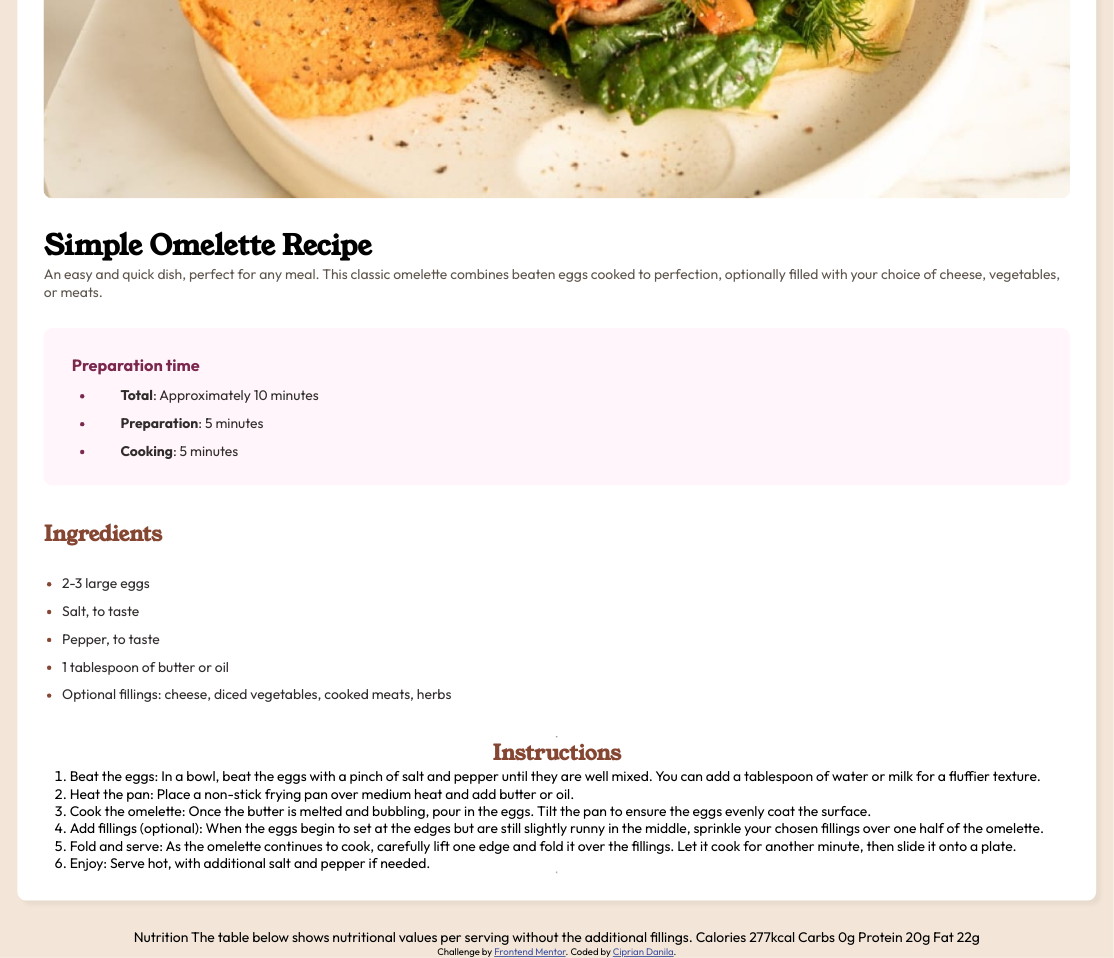
Repository: cipdanila/recipe-page
Page: index.html
The author's editor kept a copy of each file at every save. The page is drawn from the files as they stood at one save, then again after the next save.
The browser window is 1280 px wide. The pictures show the whole page, at 87% of full size.

Above is the page before, as saved 2024-01-21 17:19:42.

After the next save:
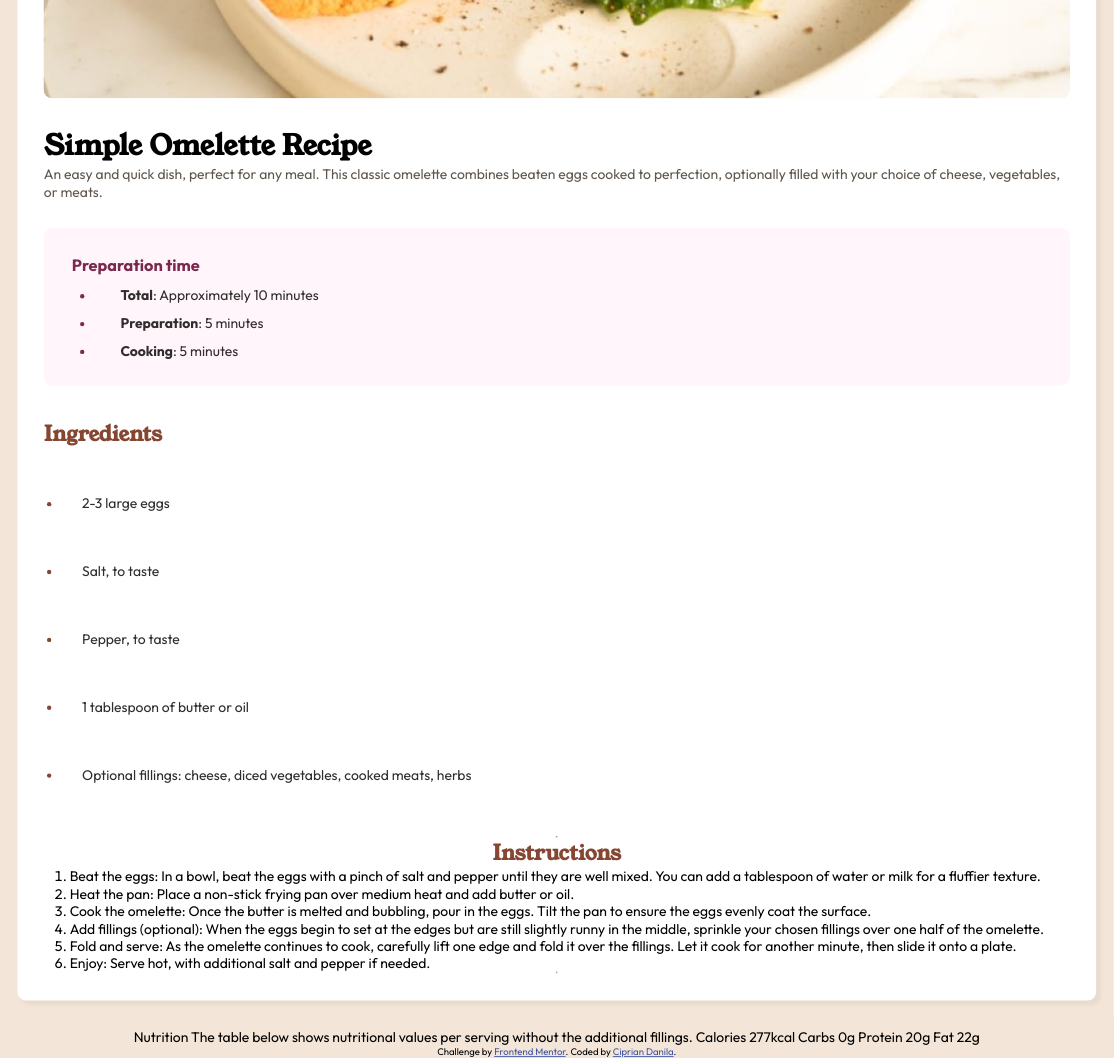
Saved 2 min 41 s later.
--- a/styles.css
+++ b/styles.css
@@ -131,6 +131,7 @@
 
 .ingredients-container ul li {
     color: var(--dark-charcoal);
+    padding: 23px;
 }
 
 .ingredients-container ul li span {

After the save that followed:
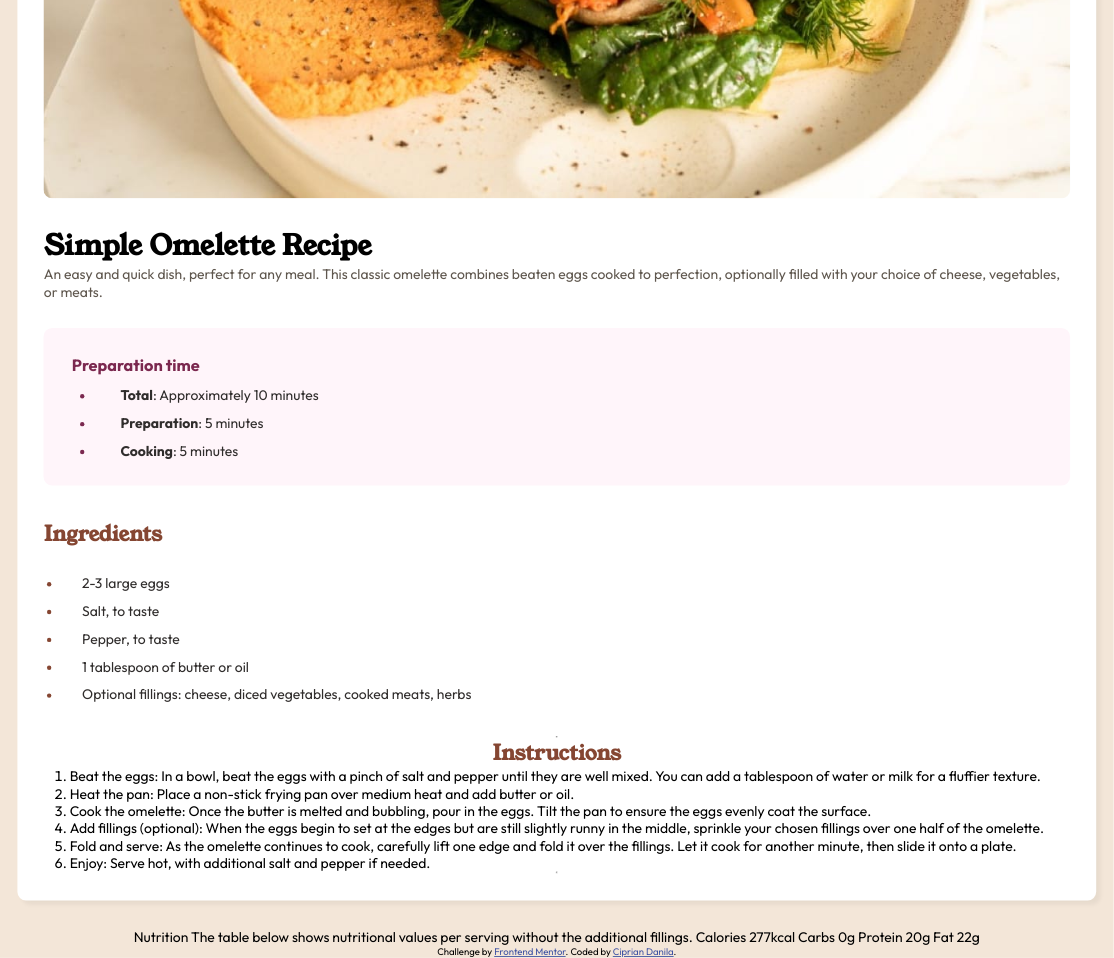
Saved 16 s later.
--- a/styles.css
+++ b/styles.css
@@ -131,7 +131,7 @@
 
 .ingredients-container ul li {
     color: var(--dark-charcoal);
-    padding: 23px;
+    padding-left: 23px;
 }
 
 .ingredients-container ul li span {
